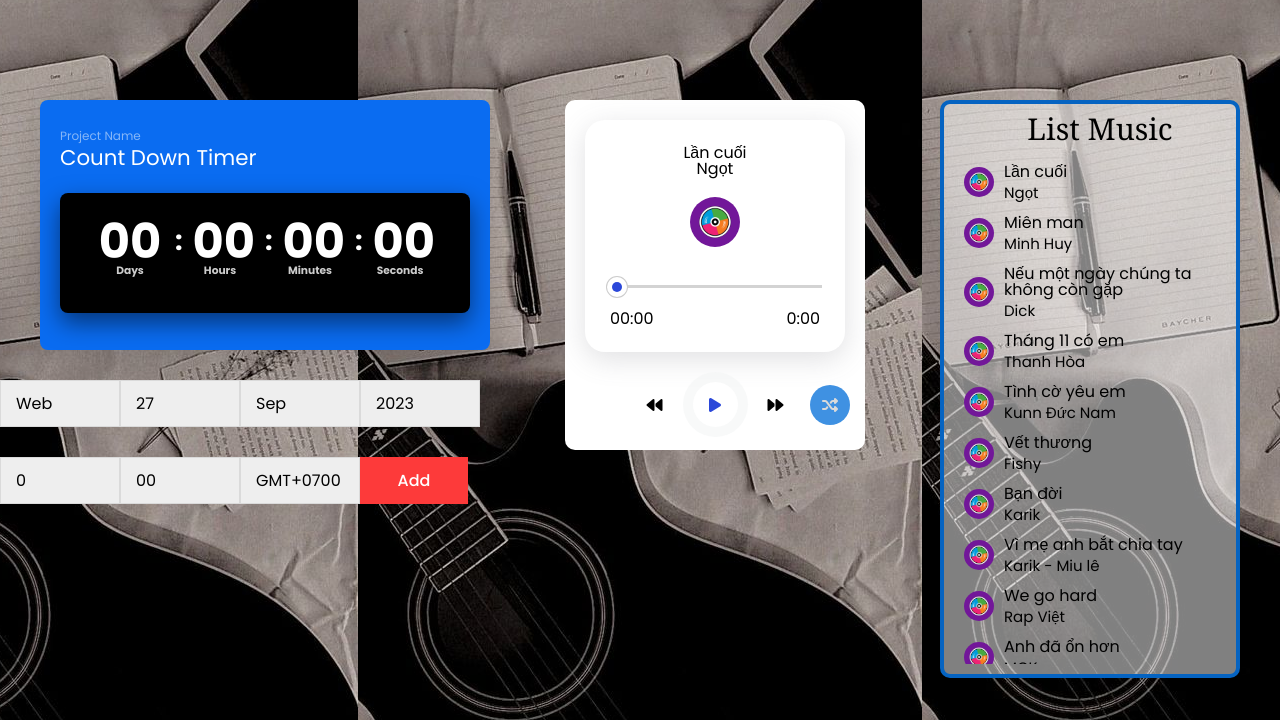
Repository: thuanpham00/CountDownTimer
Page: index.html
An editor plug-in stored every save of this project. The page is shown before and after a run of saves, followed by the edit.
The browser window is 1280 px wide. The pictures show the whole page.
Some web libraries are served in a nearby version. The style sheet was rebuilt from its Sass, Less or Tailwind sources for each picture, by a compiler version that may differ from the author's.

Above is the page before, as saved 2023-10-12 22:40:17.

After the next 2 saves:
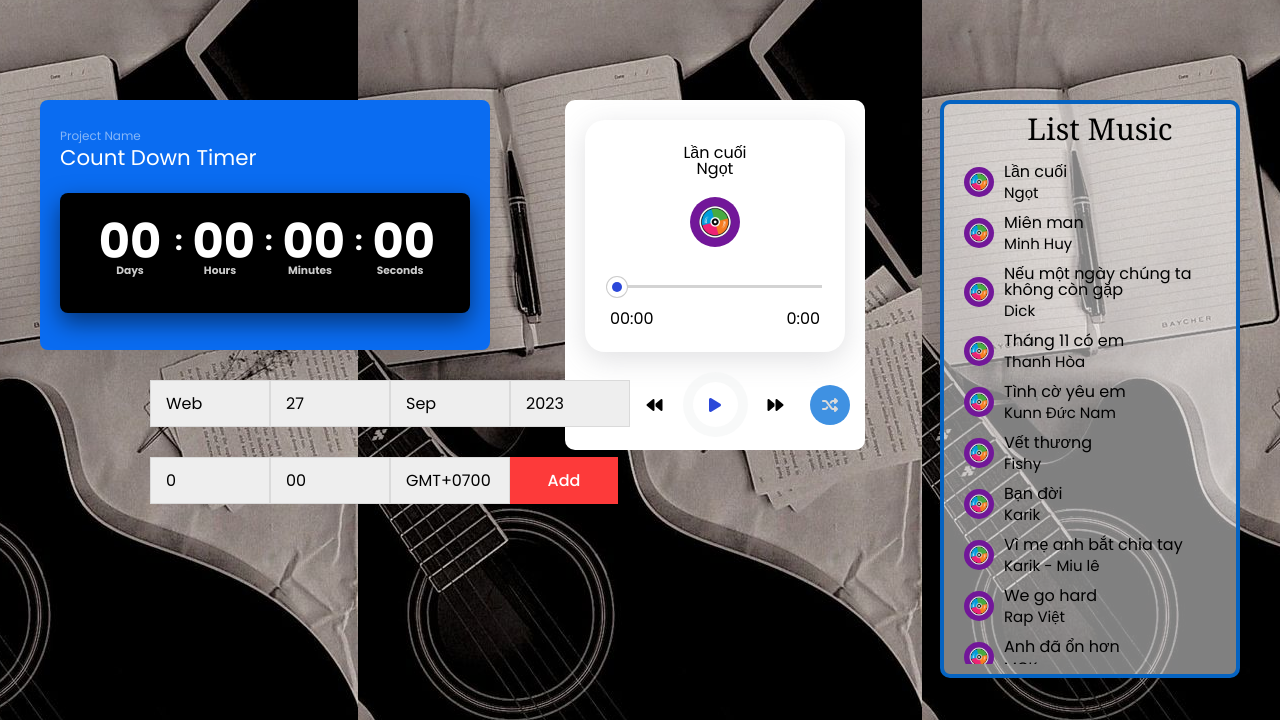
The 2 saves are shown as one change because they came seconds apart.
The last was saved 20 s later.
--- a/scss/main.scss
+++ b/scss/main.scss
@@ -489,7 +489,7 @@ body {
 
 .form-timer {
     position: absolute;
-    left:0px;
+    left: 150px;
     top: 350px;
     max-width: 500px;
     display: flex;
